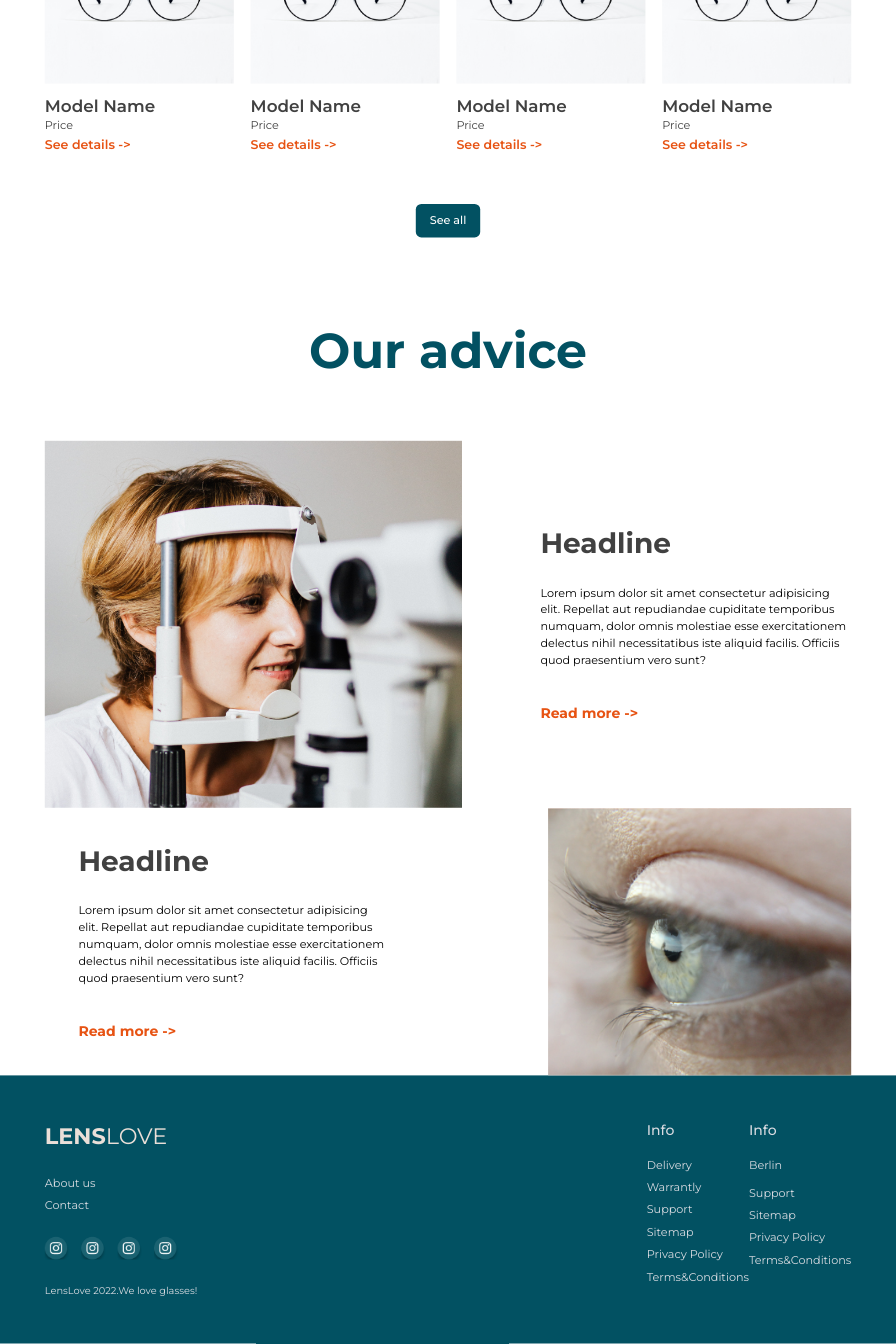
Repository: thienthanhvinh/glasses-react
Page: /
An editor plug-in stored every save of this project. The page is shown before and after the next save, followed by the edit.
The browser window is 1280 px wide. The pictures show the part of the page from y = 3725 to 5645 px (the page is 5645 px tall), at 70% of full size.
The project was rebuilt for these pictures with package versions that can differ from the ones it lists, and the page was loaded fresh each time. Also part of the build but not shown: src/App.css, src/components/common/FormGroup.js, src/components/input/Input.js, src/components/label/Label.js, src/hooks/useDarkMode.js, src/layout/LayoutAuthentication.js, src/components/icons/IconEyeToggle.js, src/pages/SignInPage.js and 1 more.

Above is the page before, as saved 2023-02-13 10:29:00.

### public/index.html
<!DOCTYPE html>
<html lang="en">
  <head>
    <meta charset="utf-8" />
    <link rel="icon" href="%PUBLIC_URL%/favicon.ico" />
    <meta name="viewport" content="width=device-width, initial-scale=1" />
    <meta name="theme-color" content="#000000" />
    <meta
      name="description"
      content="Web site created using create-react-app"
    />
    <link rel="apple-touch-icon" href="%PUBLIC_URL%/logo192.png" />
    <!--
      manifest.json provides metadata used when your web app is installed on a
      user's mobile device or desktop. See https://developers.google.com/web/fundamentals/web-app-manifest/
    -->
    <link rel="manifest" href="%PUBLIC_URL%/manifest.json" />
    <!--
      Notice the use of %PUBLIC_URL% in the tags above.
      It will be replaced with the URL of the `public` folder during the build.
      Only files inside the `public` folder can be referenced from the HTML.

      Unlike "/favicon.ico" or "favicon.ico", "%PUBLIC_URL%/favicon.ico" will
      work correctly both with client-side routing and a non-root public URL.
      Learn how to configure a non-root public URL by running `npm run build`.
    -->
    <link href="https://fonts.googleapis.com/css2?family=Montserrat:wght@300;400;500;600;700&display=swap" rel="stylesheet">
    <title>React App</title>
  </head>
  <body>
    <noscript>You need to enable JavaScript to run this app.</noscript>
    <div id="root"></div>
    <!--
      This HTML file is a template.
      If you open it directly in the browser, you will see an empty page.

      You can add webfonts, meta tags, or analytics to this file.
      The build step will place the bundled scripts into the <body> tag.

      To begin the development, run `npm start` or `yarn start`.
      To create a production bundle, use `npm run build` or `yarn build`.
    -->
  </body>
</html>

### src/index.js
import React from 'react';
import ReactDOM from 'react-dom/client';
import './index.css';
import App from './App';
import reportWebVitals from './reportWebVitals';
import { BrowserRouter } from 'react-router-dom';
import { ToastContainer, toast } from 'react-toastify';
import 'react-toastify/dist/ReactToastify.css';

const root = ReactDOM.createRoot(document.getElementById('root'));
root.render(
  // <React.StrictMode>
  <BrowserRouter>
    <App />
    <ToastContainer></ToastContainer>
  </BrowserRouter>
  // </React.StrictMode>
);

// If you want to start measuring performance in your app, pass a function
// to log results (for example: reportWebVitals(console.log))
// or send to an analytics endpoint. Learn more: https://bit.ly/CRA-vitals
reportWebVitals();

### src/index.css
/* body {
  margin: 0;
  font-family: -apple-system, BlinkMacSystemFont, 'Segoe UI', 'Roboto', 'Oxygen',
    'Ubuntu', 'Cantarell', 'Fira Sans', 'Droid Sans', 'Helvetica Neue',
    sans-serif;
  -webkit-font-smoothing: antialiased;
  -moz-osx-font-smoothing: grayscale;
}

code {
  font-family: source-code-pro, Menlo, Monaco, Consolas, 'Courier New',
    monospace;
} */

@tailwind base;
@tailwind components;
@tailwind utilities;

body {
  font-family: 'Montserrat', sans-serif;
}
/* .darkmode-input:checked + div .darkmode-spinner {
  transform: translateX(33px);
} */
.active-light {
  transform: translateX(0px);
  transition: all 0.4s;
}
.active-dark {
  transform: translateX(33px);
  transition: all 0.4s;
}

/* .darkmode-input:checked + div {


} */

/* .darkmode-input:checked + div .darkmode-spinner {
  background-color: white;
} */

### src/App.js

import { Route, Routes } from 'react-router-dom';
import './App.css';
import HomePage from './pages/HomePage';
import SignInPage from './pages/SignInPage';
import SignUpPage from './pages/SignUpPage';

function App() {
  return (
    <Routes>
      <Route path='/sign-up' element={<SignUpPage></SignUpPage>}></Route>
      <Route path='/sign-in' element={<SignInPage></SignInPage>}></Route>
      <Route path='/' element={<HomePage></HomePage>}></Route>
    </Routes>
  );
}

export default App;

### src/pages/HomePage.js
import React, { Fragment } from "react";
import Category from "../components/category/Category";
import Heading from "../components/common/Heading";
import Intro from "../components/intro/Intro";
import SpringSales from "../components/sales/SpringSales";
import LayoutMenu from "../layout/LayoutMenu";
import GlassesGrid from "../modules/GlassesGrid";
import GlassesItem from "../modules/GlassesItem";
import { v4 } from "uuid";
import Button from "../components/button/Button";
import HeadLine from "../modules/HeadLine";
import LayoutFooter from "../layout/LayoutFooter";

const HomePage = () => {
  return (
    <Fragment>
      <LayoutMenu></LayoutMenu>
      <SpringSales></SpringSales>
      <Intro></Intro>
      <Category></Category>
      <Heading>Popular</Heading>
      <GlassesGrid>
        {Array(4)
          .fill(0)
          .map((item) => (
            <GlassesItem key={v4()}></GlassesItem>
          ))}
        {/* <GlassesItem></GlassesItem> */}
      </GlassesGrid>
      <div className="text-center mb-[140px]">
        <Button className="mt-[70px] px-5 py-2 rounded-[4px]">See all</Button>
      </div>
      <Heading>New</Heading>
      <GlassesGrid>
        {Array(4)
          .fill(0)
          .map((item) => (
            <GlassesItem key={v4()}></GlassesItem>
          ))}
      </GlassesGrid>
      <div className="text-center mb-[140px]">
        <Button className="mt-[70px] px-5 py-2 rounded-[4px]">See all</Button>
      </div>
      <Heading>Sunwear</Heading>
      <GlassesGrid>
        {Array(4)
          .fill(0)
          .map((item) => (
            <GlassesItem key={v4()}></GlassesItem>
          ))}
      </GlassesGrid>
      <div className="text-center mb-[112px]">
        <Button className="mt-[70px] px-5 py-2 rounded-[4px]">See all</Button>
      </div>
      <Heading className="mb-[80px]">Our advice</Heading>
      <HeadLine></HeadLine>
      <HeadLine type="secondary"></HeadLine>
      <LayoutFooter></LayoutFooter>
    </Fragment>
  );
};

export default HomePage;

### src/components/category/Category.js
import React from 'react';
import Button from '../button/Button';

const Category = () => {
    return (
        <div className='flex mb-[112px] mx-auto max-w-[1400px] w-full gap-x-2'>
            <div className='h-[596px] relative'>
                <img src="/category1.png" alt="" className='w-full h-full object-cover' />
                <div className='absolute bottom-24 left-14'>
                    <p className='font-extrabold text-[40px] leading-[98px] text-white'>Optical</p>
                    <Button className='bg-secondary text-primary rounded-[4px] px-6 py-2 font-bold text-lg leading-[30px]'>Buy</Button>
                </div>
            </div>
            <div className='h-[596px] relative'>
                <img src="/category2.png" alt="" className='w-full h-full object-cover' />
                <div className='absolute bottom-24 left-14'>
                    <p className='font-extrabold text-[40px] leading-[98px] text-white'>Sunwear</p>
                    <Button className='bg-secondary text-primary rounded-[4px] px-6 py-2 font-bold text-lg leading-[30px]'>Buy</Button>
                </div>
            </div>
        </div>
    );
};

export default Category;

### src/components/common/Heading.js
import React from 'react';

const Heading = ({children, className = ''}) => {
    return (
        <h2 className={`font-extrabold text-[70px] leading-[98px] text-center text-primary mb-[70px] ${className}`}>
            {children}
        </h2>
    );
};
export default Heading;

### src/components/intro/Intro.js
import React from 'react';

const Intro = () => {
    return (
        <div className='flex items-center justify-center gap-x-[300px] mt-[64px] mb-[110px]'>
            <div className='flex flex-col items-center'>
                <img srcSet="/Icon1.png 2x" alt="" className='w-[80px] h-[80px] object-cover' />
                <p className='text-tertiary text-xl leading-[30px] font-bold'>Original products</p>
            </div>
            <div className='flex flex-col items-center'>
                <img srcSet="/Icon2.png 2x" alt="" className='w-[80px] h-[80px] object-cover' />
                <p className='text-tertiary text-xl leading-[30px] font-bold'>Original products</p>
            </div>
            <div className='flex flex-col items-center'>
                <img srcSet="/Icon3.png 2x" alt="" className='w-[80px] h-[80px] object-cover' />
                <p className='text-tertiary text-xl leading-[30px] font-bold'>Original products</p>
            </div>
        </div>
    );
};

export default Intro;

### src/components/sales/SpringSales.js
import React from 'react';
import Button from '../button/Button';

const SpringSales = () => {
    return (
        <div className='bg-secondary h-[700px] w-full flex items-center justify-between'>
            <div className='ml-[112px]'>
                <h2 className='text-primary text-[70px] font-extrabold leading-[98px]'>Spring Sale</h2>
                <p className='text-primary text-[50px] font-medium leading-[68px] mb-[48px]'>Up to -40%</p>
                <Button className='text-white bg-primary rounded-lg px-8 py-2 text-lg'>See offer</Button>
            </div>
            <div className='h-[700px]'>
                <img src="/photo1.png" alt="" className='w-full h-auto object-cover' />
            </div>
        </div>
    );
};

export default SpringSales;

### src/layout/LayoutMenu.js
import React from "react";
import { Link } from "react-router-dom";
import Navbar from "../components/navbar/Navbar";

const LayoutMenu = () => {
  return (
    <div className="py-10 px-16">
      <div className="flex items-center justify-between mb-14">
        <img src="/logo.png" alt="" className="w-[140px] h-auto object-cover" />
        <div className="flex gap-x-5 text-secondary-3 text-[15px] font-medium">
            <span>0371 525 777</span>
            <Link to="/">Help</Link>
            <Link to="/sign-in">Account</Link>
        </div>
      </div>
      <Navbar></Navbar>
    </div>
  );
};

export default LayoutMenu;

### src/modules/GlassesGrid.js
import React from 'react';

const GlassesGrid = ({children, className = ''}) => {
    return (
        <div className={`grid grid-cols-4 gap-x-6 px-16 ${className}`}>
            {children}
        </div>
    );
};

export default GlassesGrid;

### src/modules/GlassesItem.js
import React from "react";

const GlassesItem = () => {
  return (
    <div className="flex flex-col">
      <div className="h-[250px] mb-4">
        <img src="/glasses.png" alt="" className="w-full h-full object-cover" />
      </div>
      <p className="text-secondary-3 font-semibold text-2xl">Model Name</p>
      <p className="font-normal text-secondary-3">Price</p>
      <p className="font-semibold text-lg leading-[30px] text-tertiary">
        See details ->
      </p>
    </div>
  );
};

export default GlassesItem;

### src/components/button/Button.js
import React from 'react';

const Button = ({type, children, className=''}) => {
    return (
        <button type='submit' className={`bg-primary text-white ${className} rounded-lg px-3 py-3 font-medium`}>
            {children}
        </button>
    );
};

export default Button;

### src/modules/HeadLine.js
import React from "react";
import HeadlineImage from "./HeadlineImage";
import HeadlineContent from "./HeadlineContent";

const HeadLine = ({type = "default"}) => {
    if(type === "default") {
        return (
            <div className="w-full flex items-center gap-x-[112px] px-16">
              <HeadlineImage></HeadlineImage>
              <HeadlineContent></HeadlineContent>
            </div>
          );
    } else {
        return (
            <div className="w-full flex items-center gap-x-[227px] px-16">
              <HeadlineContent className="ml-[48px]"></HeadlineContent>
              <HeadlineImage src="headline2.png" className=""></HeadlineImage>
            </div>
          );
    }

};

export default HeadLine;

### src/layout/LayoutFooter.js
import React from "react";
import { Link } from "react-router-dom";

const LayoutFooter = () => {
  return (
    <div className="bg-primary flex justify-between px-16 py-16 text-gray-white">
      <div className="flex flex-col">
        <h2 className="text-secondary font-extrabold text-[32px] leading-[46px] mb-8">
          LENS<span className="font-normal">LOVE</span>
        </h2>
        <Link to="/about" className="mb-2">
          About us
        </Link>
        <Link to="contact" className="mb-8">
          Contact
        </Link>
        <div className="flex gap-x-4 mb-8">
          <span>
            <img src="/Instagram.png" alt="" />
          </span>
          <span>
            <img src="/Instagram.png" alt="" />
          </span>
          <span>
            <img src="/Instagram.png" alt="" />
          </span>
          <span>
            <img src="/Instagram.png" alt="" />
          </span>
        </div>
        <p className="text-[14px] leading-[24px]">
          LensLove 2022.We love glasses!
        </p>
      </div>
      <div className="flex">
        <div>
          <h3 className="font-medium text-xl mb-6">Info</h3>
          <div className="flex flex-col gap-y-2">
            <p>Delivery</p>
            <p>Warrantly</p>
            <p>Support</p>
            <p>Sitemap</p>
            <p>Privacy Policy</p>
            <p>Terms&Conditions</p>
          </div>
        </div>
        <div>
          <h3 className="font-medium text-xl mb-6">Info</h3>
          <div className="flex flex-col gap-y-2">
            <p>Berlin</p>
            <p></p>
            <p>Support</p>
            <p>Sitemap</p>
            <p>Privacy Policy</p>
            <p>Terms&Conditions</p>
          </div>
        </div>
      </div>
    </div>
  );
};

export default LayoutFooter;

### src/components/navbar/Navbar.js
import React from "react";
import { Link } from "react-router-dom";

const Navbar = () => {
  return (
    <div className="flex">
      <ul className="flex text-sm font-semibold gap-x-8">
        <li>
          <Link to="/">Shops</Link>
        </li>
        <li>
          <Link to="/">Offers</Link>
        </li>
        <li>
          <Link to="/">Warranty</Link>
        </li>
        <li>
          <Link to="/">Medical</Link>
        </li>
        <li>
          <Link to="/">Info</Link>
        </li>
        <li>
          <Link to="/">Blog</Link>
        </li>
        <li>
          <Link to="/">About us</Link>
        </li>
        <li>
          <Link to="/">Contact</Link>
        </li>
      </ul>
      <div className="ml-auto flex items-center gap-x-8">
        <div className="flex gap-x-[6px] items-center">
          <svg
            width={18}
            height={17}
            viewBox="0 0 18 17"
            fill="none"
            xmlns="http://www.w3.org/2000/svg"
          >
            <path
              d="M17.153 15.747L12.8535 11.5161C13.9794 10.2929 14.6712 8.67509 14.6712 6.89489C14.6707 3.0867 11.534 0 7.66437 0C3.79477 0 0.658081 3.0867 0.658081 6.89489C0.658081 10.7031 3.79477 13.7898 7.66437 13.7898C9.3363 13.7898 10.8698 13.2115 12.0743 12.2501L16.3905 16.4976C16.6008 16.7047 16.9422 16.7047 17.1525 16.4976C17.3633 16.2904 17.3633 15.9541 17.153 15.747ZM7.66437 12.729C4.39027 12.729 1.7361 10.117 1.7361 6.89489C1.7361 3.67281 4.39027 1.06082 7.66437 1.06082C10.9385 1.06082 13.5926 3.67281 13.5926 6.89489C13.5926 10.117 10.9385 12.729 7.66437 12.729Z"
              fill="#414141"
            />
          </svg>
          <span className="text-sm font-semibold">Search</span>
        </div>
        <span>
          <svg
            width="19"
            height="17"
            viewBox="0 0 19 17"
            fill="none"
            xmlns="http://www.w3.org/2000/svg"
          >
            <path
              d="M2.14414 8.80841C0.111678 6.47788 0.614575 3.72661 2.23686 2.03652C3.85628 0.349414 6.5587 -0.245866 8.98238 1.79479L8.98243 1.79483C9.37299 2.12358 9.93842 2.1081 10.3148 1.781L10.3148 1.78097C12.5442 -0.15713 15.2905 0.329246 16.9821 1.956C17.8273 2.76872 18.3905 3.85299 18.4856 5.03784C18.5799 6.21232 18.2175 7.5254 17.1436 8.81679L10.2601 16.0112C9.92623 16.3602 9.36908 16.3602 9.03526 16.0113L2.14414 8.80841Z"
              stroke="#414141"
            />
          </svg>
        </span>
        <span>
          <svg
            width="17"
            height="18"
            viewBox="0 0 17 18"
            fill="none"
            xmlns="http://www.w3.org/2000/svg"
          >
            <path
              d="M0.672966 15.0244L1.47201 5.03632H10.653L11.452 15.0244C11.5228 15.9093 10.8238 16.6665 9.93602 16.6665H2.18895C1.30121 16.6665 0.602173 15.9093 0.672966 15.0244Z"
              stroke="#414141"
              stroke-linecap="round"
              stroke-linejoin="round"
            />
            <path
              d="M3.58252 7.56769V3.52604C3.58252 2.68402 4.08773 1 6.10856 1C8.12938 1 8.63459 2.68402 8.63459 3.52604V7.56769"
              stroke="#414141"
              stroke-linecap="round"
              stroke-linejoin="round"
            />
            <rect x="6" y="9" width="11" height="8" rx="4" fill="#414141" />
            <path
              d="M11.8424 15.084C11.5568 15.084 11.3048 15.0233 11.0864 14.902C10.868 14.7788 10.6972 14.608 10.574 14.3896C10.4527 14.1712 10.392 13.9192 10.392 13.6336V12.3344C10.392 12.0488 10.4527 11.7968 10.574 11.5784C10.6972 11.36 10.868 11.1901 11.0864 11.0688C11.3048 10.9456 11.5568 10.884 11.8424 10.884C12.128 10.884 12.3791 10.9456 12.5956 11.0688C12.814 11.1901 12.9848 11.36 13.108 11.5784C13.2312 11.7968 13.2928 12.0488 13.2928 12.3344V13.6336C13.2928 13.9192 13.2312 14.1712 13.108 14.3896C12.9848 14.608 12.814 14.7788 12.5956 14.902C12.3791 15.0233 12.128 15.084 11.8424 15.084ZM11.8424 14.4428C11.9843 14.4428 12.1131 14.4092 12.2288 14.342C12.3445 14.2729 12.436 14.1815 12.5032 14.0676C12.5704 13.9519 12.604 13.8231 12.604 13.6812V12.284C12.604 12.1403 12.5704 12.0115 12.5032 11.8976C12.436 11.7819 12.3445 11.6904 12.2288 11.6232C12.1131 11.5541 11.9843 11.5196 11.8424 11.5196C11.7005 11.5196 11.5717 11.5541 11.456 11.6232C11.3403 11.6904 11.2488 11.7819 11.1816 11.8976C11.1144 12.0115 11.0808 12.1403 11.0808 12.284V13.6812C11.0808 13.8231 11.1144 13.9519 11.1816 14.0676C11.2488 14.1815 11.3403 14.2729 11.456 14.342C11.5717 14.4092 11.7005 14.4428 11.8424 14.4428Z"
              fill="white"
            />
          </svg>
        </span>
      </div>
    </div>
  );
};

export default Navbar;

### src/modules/HeadlineImage.js
import React from 'react';

const HeadlineImage = ({className= '', src = "/headline1.png"}) => {
    return (
        <div className={className}>
             <img src={src} alt="" />
        </div>
    );
};

export default HeadlineImage;

### src/modules/HeadlineContent.js
import React from "react";

const HeadlineContent = ({className = ''}) => {
  return (
    <div className={className}>
      <h2 className="text-secondary-3 font-extrabold text-[40px] leading-[54px] mb-8">
        Headline
      </h2>
      <p className="w-[444px] mb-[48px]">
        Lorem ipsum dolor sit amet consectetur adipisicing elit. Repellat aut
        repudiandae cupiditate temporibus numquam, dolor omnis molestiae esse
        exercitationem delectus nihil necessitatibus iste aliquid facilis.
        Officiis quod praesentium vero sunt?
      </p>
      <p className="text-tertiary text-xl font-bold leading-[30px]">
        Read more ->
      </p>
    </div>
  );
};

export default HeadlineContent;

### tailwind.config.js
/** @type {import('tailwindcss').Config} */
module.exports = {
  content: [
    "./src/**/*.{js,jsx,ts,tsx}",
  ],
  darkMode: 'class',
  theme: {
    extend: {
      colors: {
        'color-1': "#808191",
        'color-2': "#2d3436",
        'primary' : '#025162',
        'secondary': '#EADFD8',
        'secondary-3': '#414141',
        'tertiary' : '#E75313',
        'lens': '#D4E1F4',
        'gray-white': '#D9DBE1',
        'dark-text-primary': '#dfe6e9',
        'dark-color' : '#4e4f50',
        'dark-secon-color': '#2d3436',
        'dark-third-color': '#3a3a3a',
        'dark-four-color' : '#242526',
        'dark-five-color' : '#3A3A3A',

      }
    },
  },
  plugins: [],
}

Loaded but not shown: src/reportWebVitals.js (common file)

After the next save:
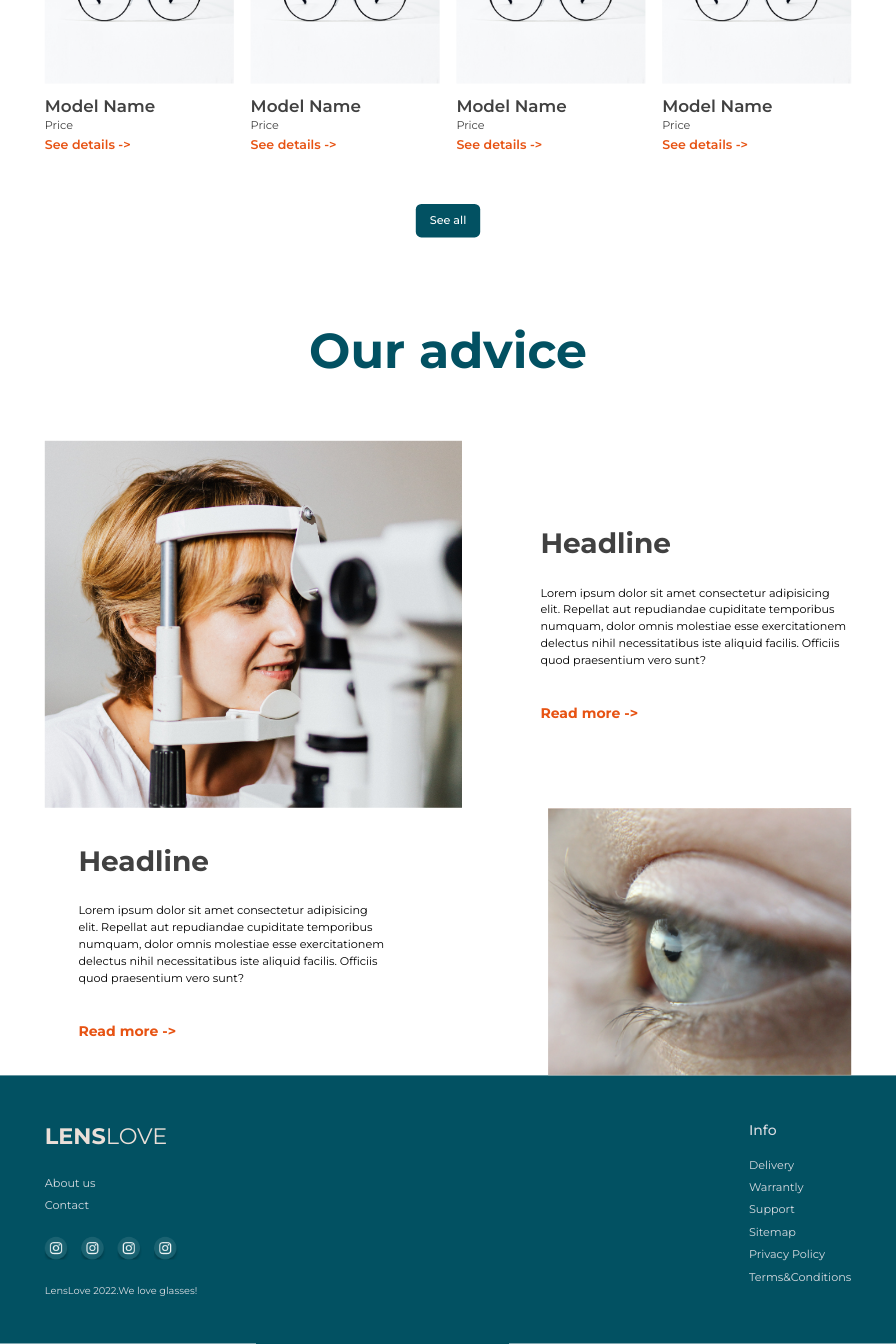
Saved 23 s later.
--- a/src/layout/LayoutFooter.js
+++ b/src/layout/LayoutFooter.js
@@ -44,17 +44,7 @@ const LayoutFooter = () => {
             <p>Terms&Conditions</p>
           </div>
         </div>
-        <div>
-          <h3 className="font-medium text-xl mb-6">Info</h3>
-          <div className="flex flex-col gap-y-2">
-            <p>Berlin</p>
-            <p></p>
-            <p>Support</p>
-            <p>Sitemap</p>
-            <p>Privacy Policy</p>
-            <p>Terms&Conditions</p>
-          </div>
-        </div>
+
       </div>
     </div>
   );
